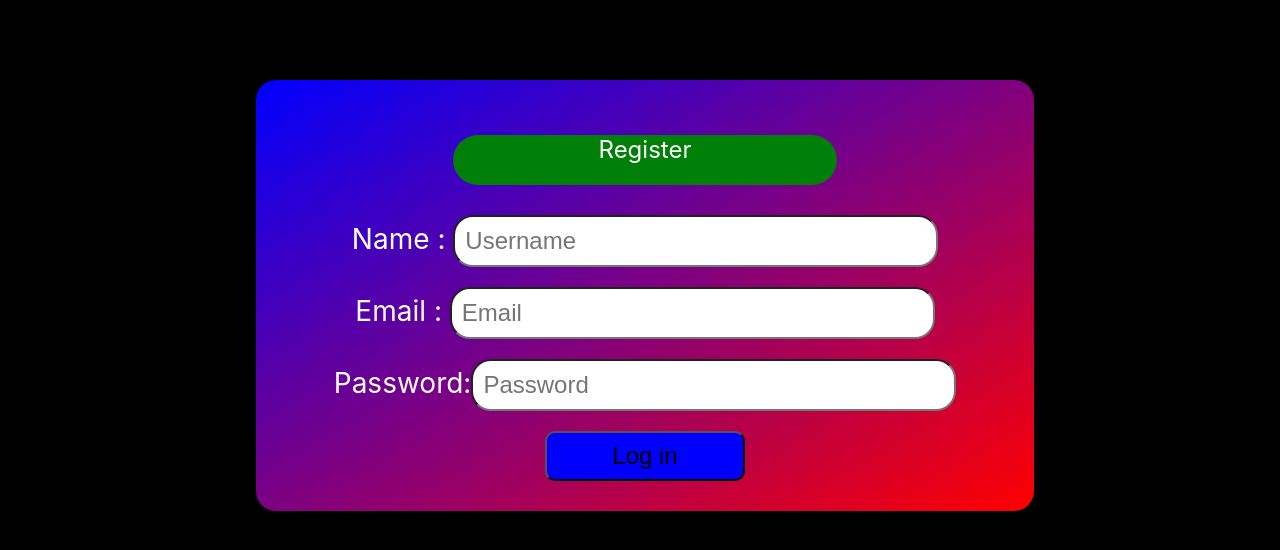
Repository: abhaysharma20233009/swiftKey
Page: /login (app in frontend/my-app/)
The author's editor kept a copy of each file at every save. The page is drawn from the files as they stood at one save, then again after the next save.
The browser window is 1280 px wide. The pictures show the whole page.
The project was rebuilt for these pictures with package versions that can differ from the ones it lists, and the page was loaded fresh each time. Also part of the build but not shown: frontend/my-app/src/Swifts.js, frontend/my-app/src/Results.js, frontend/my-app/src/Signup.js.

Above is the page before, as saved 2024-10-11 15:12:45.

After the next save:
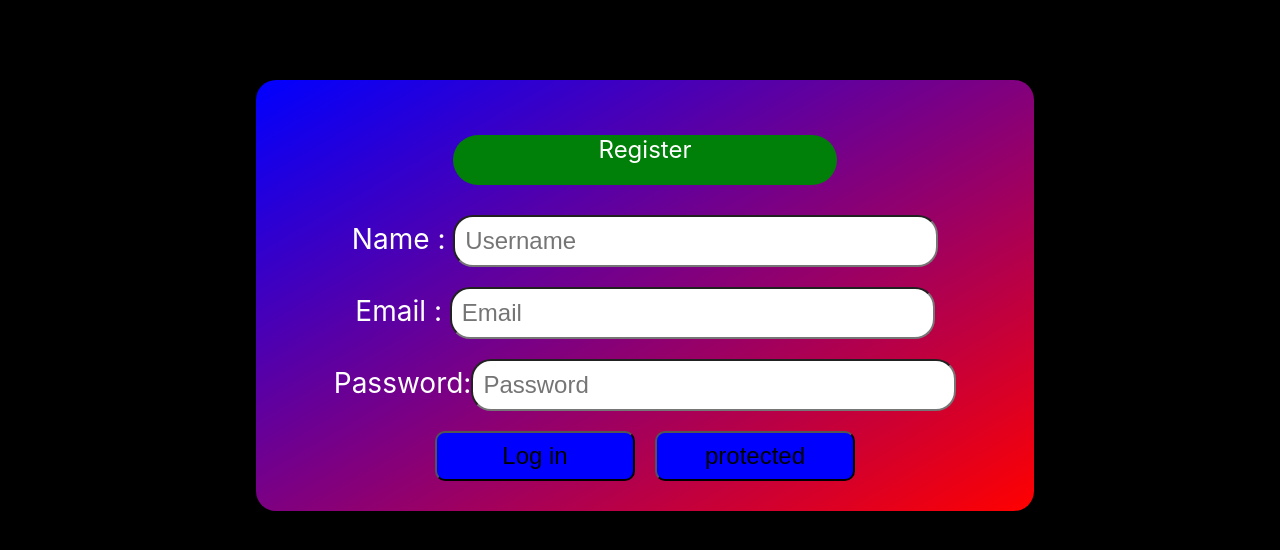
Saved 20 s later.
--- a/frontend/my-app/src/Login.js
+++ b/frontend/my-app/src/Login.js
@@ -94,6 +94,7 @@ const Login = () => {
                 />
                 <br/>
                 <button className="log" onClick={log}>Log in</button>
+                <button className="log" onClick={pro}>protected</button>
             </form>
         </div>
     );
